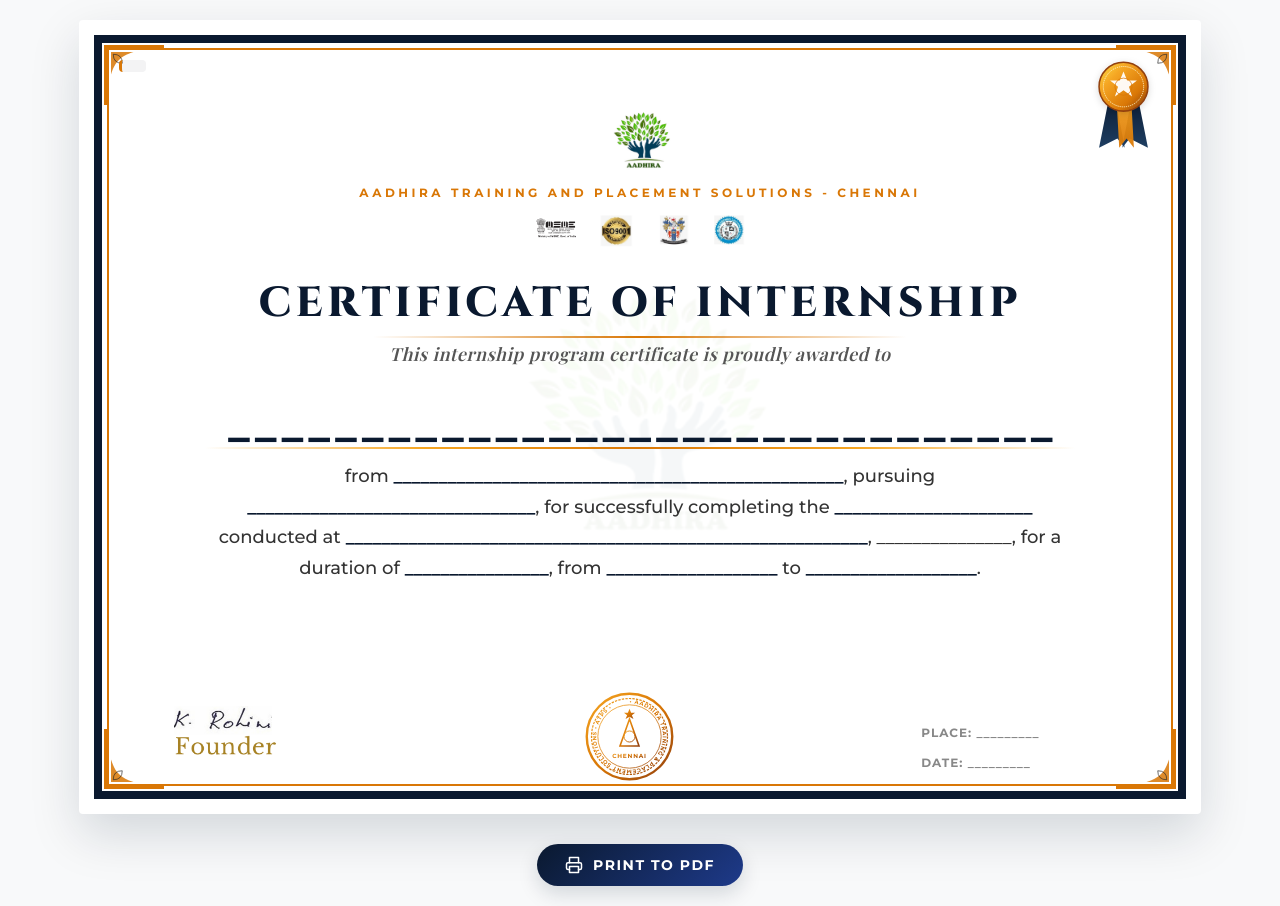
Repository: vimalRaj45/AADHIRA
Page: empt.html
An editor plug-in stored every save of this project. The page is shown before and after the next save, followed by the edit.
The browser window is 1280 px wide. The pictures show the whole page.
Some web fonts or font styles are not loaded; a fallback is used.

Above is the page before, as saved 2026-05-21 14:25:28.

### empt.html
<!DOCTYPE html>
<html lang="en">
<head>
  <meta charset="UTF-8">
  <meta name="viewport" content="width=device-width, initial-scale=1.0">
  <title>Certificate of Internship</title>

  <!-- Google Fonts for high-end look -->
  <link rel="preconnect" href="https://fonts.googleapis.com">
  <link rel="preconnect" href="https://fonts.gstatic.com" crossorigin>
  <link href="https://fonts.googleapis.com/css2?family=Cinzel:wght@600;700;800&family=Great+Vibes&family=Montserrat:wght@400;500;600;700&family=Playfair+Display:ital,wght@0,600;0,700;1,500;1,600&family=Alex+Brush&family=Mrs+Saint+Delafield&display=swap" rel="stylesheet">

  <!-- qrcode.js CDN -->
  <script src="https://cdnjs.cloudflare.com/ajax/libs/qrcodejs/1.0.0/qrcode.min.js"></script>

  <style>
    /* Styling for Screen Preview */
    :root {
      --navy: #0A192F;
      --gold: #D97706;
      --gold-light: #F5A623;
      --accent: #E07A5F;
      --bg: #F8F9FA;
      --paper: #FFFFFF;
    }

    * {
      box-sizing: border-box;
      margin: 0;
      padding: 0;
    }

    body {
      background-color: var(--bg);
      font-family: 'Montserrat', sans-serif;
      display: flex;
      flex-direction: column;
      align-items: center;
      justify-content: center;
      min-height: 100vh;
      padding: 20px;
    }

    /* Fixed Landscape A4 Dimensions for Preview */
    .cert-container {
      width: 297mm;
      height: 210mm;
      background: var(--paper);
      position: relative;
      overflow: hidden;
      box-shadow: 0 20px 50px rgba(10, 25, 47, 0.15);
      border-radius: 4px;
      display: flex;
      flex-direction: column;
      justify-content: space-between;
      padding: 40px;
    }

    /* Outer Borders */
    .border-outer {
      position: absolute;
      top: 15px;
      left: 15px;
      right: 15px;
      bottom: 15px;
      border: 8px solid var(--navy);
      pointer-events: none;
    }

    .border-inner {
      position: absolute;
      top: 28px;
      left: 28px;
      right: 28px;
      bottom: 28px;
      border: 2px solid var(--gold);
      pointer-events: none;
    }

    /* Border Corner Decorations */
    .corner-dec {
      position: absolute;
      width: 60px;
      height: 60px;
      border: 3px solid var(--gold);
      pointer-events: none;
    }

    .corner-tl {
      top: 25px;
      left: 25px;
      border-right: none;
      border-bottom: none;
    }

    .corner-tr {
      top: 25px;
      right: 25px;
      border-left: none;
      border-bottom: none;
    }

    .corner-bl {
      bottom: 25px;
      left: 25px;
      border-right: none;
      border-top: none;
    }

    .corner-br {
      bottom: 25px;
      right: 25px;
      border-left: none;
      border-top: none;
    }

    /* Decorative Corner SVG Accents */
    .corner-svg {
      position: absolute;
      width: 45px;
      height: 45px;
      fill: var(--gold);
      opacity: 0.85;
    }
    .svg-tl { top: 32px; left: 32px; }
    .svg-tr { top: 32px; right: 32px; transform: rotate(90deg); }
    .svg-bl { bottom: 32px; left: 32px; transform: rotate(-90deg); }
    .svg-br { bottom: 32px; right: 32px; transform: rotate(180deg); }

    /* Watermark background using your real corporate Aadhira Tree logo */
    .watermark {
      position: absolute;
      top: 50%;
      left: 50%;
      transform: translate(-50%, -50%);
      width: 340px;
      height: 340px;
      pointer-events: none;
      z-index: 1;
      opacity: 0.04;
      background-image: url('logos.png');
      background-size: 400% 100%;
      background-position: 0% 0%;
      background-repeat: no-repeat;
    }

    /* Header Layout */
    .header {
      display: flex;
      justify-content: center; /* PERFECT CENTER */
      align-items: center;
      z-index: 2;
      position: relative;
      width: 100%;
      height: 110px;
    }

    .cert-id {
      position: absolute;
      left: 0;
      top: 0;
      font-size: 14px;
      color: var(--navy);
      font-weight: 700;
      letter-spacing: 1.5px;
      background: rgba(10, 25, 47, 0.05);
      padding: 6px 12px;
      border-radius: 4px;
      border-left: 3px solid var(--gold);
    }

    .header-branding {
      display: flex;
      flex-direction: column;
      align-items: center;
      text-align: center;
    }

    /* Brand Logo & Accreditations Sprites */
    .logo-sprite {
      background-image: url('logos.png');
      background-size: 400% 100%;
      background-repeat: no-repeat;
      display: inline-block;
      mix-blend-mode: multiply;
    }

    .logo-aadhira {
      background-position: 0% 0%;
      width: 80px;
      height: 80px;
      margin-top: 120px;
      margin-bottom: 2px;
    }

    .company-subtitle {
      font-size: 12px;
      color: var(--gold);
      font-weight: 700;
      text-transform: uppercase;
      letter-spacing: 3.5px;
      margin-top: 2px;
      margin-bottom: 6px;
    }

    /* Center-Aligned Accreditation Badges */
    .accreditations {
      display: flex;
      gap: 12px;
      justify-content: center;
      align-items: center;
    }

    .logo-iso {
      background-position: 33.33% 0%;
      width: 44px;
      height: 44px;
    }

    .logo-arms {
      background-position: 66.66% 0%;
      width: 44px;
      height: 44px;
    }

    .logo-uk {
      background-position: 100% 0%;
      width: 44px;
      height: 44px;
    }

    .logo-msme {
      height: 44px;
      mix-blend-mode: multiply;
      object-fit: contain;
    }

    .medal-container {
      position: absolute;
      right: 0;
      top: -10px;
      width: 80px;
      height: 100px;
      display: flex;
      justify-content: flex-end;
    }

    /* Body/Content Layout */
    .content {
      text-align: center;
      z-index: 2;
      position: relative;
      margin-top: 5px;
      margin-bottom: 5px;
    }

    .title {
      font-family: 'Cinzel', serif;
      font-size: 42px;
      font-weight: 800;
      color: var(--navy);
      letter-spacing: 4px;
      margin-bottom: 10px;
      position: relative;
      display: inline-block;
    }

    .title::after {
      content: '';
      position: absolute;
      bottom: -6px;
      left: 15%;
      width: 70%;
      height: 2px;
      background: linear-gradient(90deg, transparent, var(--gold), transparent);
    }

    .subtitle {
      font-family: 'Playfair Display', serif;
      font-size: 18px;
      font-style: italic;
      color: #555;
      margin-bottom: 20px;
      letter-spacing: 0.5px;
    }

    .recipient-name {
      font-family: 'Playfair Display', serif;
      font-size: 44px;
      font-weight: 700;
      color: var(--navy);
      margin-bottom: 16px;
      display: inline-block;
      position: relative;
      padding: 0 20px;
    }

    .recipient-name::after {
      content: '';
      position: absolute;
      bottom: -4px;
      left: 0;
      width: 100%;
      height: 2.2px;
      background: linear-gradient(90deg, transparent, var(--gold-light), var(--gold), var(--gold-light), transparent);
    }

    .achievement-text {
      font-family: 'Montserrat', sans-serif;
      font-size: 18px;
      color: #333;
      line-height: 1.7;
      max-width: 860px;
      margin: 0 auto;
      font-weight: 500;
    }

    .highlight {
      font-weight: 700;
      color: var(--navy);
    }

    /* Bottom Section Layout */
    .footer {
      display: flex;
      justify-content: space-between;
      align-items: flex-end;
      z-index: 2;
      position: relative;
    }

    .signatory-block {
      width: 220px;
      text-align: center;
    }

    .signature-container {
      height: 60px;
      display: flex;
      align-items: flex-end;
      justify-content: center;
      margin-bottom: 8px;
    }

    /* Handwritten signature image displaying K. Rohini nicely overlayed */
    .signature-img {
      max-width: 150px;
      max-height: 60px;
      object-fit: contain;
      mix-blend-mode: multiply; /* Blends background color out */
    }

    .sign-line {
      border-top: 1.5px solid rgba(10, 25, 47, 0.3);
      padding-top: 6px;
    }

    .sign-name {
      font-size: 14px;
      font-weight: 700;
      color: var(--navy);
      text-transform: uppercase;
      letter-spacing: 1px;
    }

    .sign-designation {
      font-size: 12px;
      color: #666;
      margin-top: 2px;
      font-weight: 500;
    }

    .seal-block {
      width: 140px;
      display: flex;
      flex-direction: column;
      align-items: center;
      justify-content: center;
      margin-bottom: -10px;
    }

    .verification-block {
      display: flex;
      align-items: flex-end;
      gap: 15px;
      width: 240px;
    }

    .verification-details {
      text-align: left;
    }

    .verif-label {
      font-size: 10px;
      font-weight: 700;
      color: var(--navy);
      text-transform: uppercase;
      letter-spacing: 1px;
      margin-bottom: 4px;
    }

    .verif-link {
      font-size: 10px;
      color: #666;
      text-decoration: none;
      word-break: break-all;
      font-family: monospace;
      font-weight: 500;
      line-height: 1.3;
      display: block;
      max-width: 150px;
    }

    .verif-link:hover {
      color: var(--gold);
    }

    .qrcode-container {
      background: white;
      padding: 6px;
      border: 1px solid rgba(10, 25, 47, 0.12);
      border-radius: 4px;
      box-shadow: 0 4px 10px rgba(0,0,0,0.05);
      display: flex;
      align-items: center;
      justify-content: center;
    }

    /* Print & Floating Controls */
    .controls {
      margin-top: 30px;
      display: flex;
      gap: 15px;
      z-index: 10;
    }

    .btn {
      padding: 12px 28px;
      font-family: 'Montserrat', sans-serif;
      font-size: 14px;
      font-weight: 700;
      text-transform: uppercase;
      letter-spacing: 1.5px;
      border: none;
      border-radius: 50px;
      cursor: pointer;
      box-shadow: 0 8px 20px rgba(10, 25, 47, 0.15);
      transition: all 0.3s ease;
      display: flex;
      align-items: center;
      gap: 10px;
      text-decoration: none;
    }

    .btn-print {
      background: linear-gradient(135deg, var(--navy), #1E3A8A);
      color: white;
    }

    .btn-print:hover {
      transform: translateY(-2px);
      box-shadow: 0 12px 25px rgba(10, 25, 47, 0.25);
    }

    /* Print styling rules */
    @media print {
      body {
        background: none;
        padding: 0;
        margin: 0;
        width: 297mm;
        height: 210mm;
      }

      .cert-container {
        width: 297mm;
        height: 210mm;
        box-shadow: none;
        border-radius: 0;
        position: absolute;
        top: 0;
        left: 0;
        margin: 0;
        padding: 40px;
        page-break-after: always;
        -webkit-print-color-adjust: exact;
        print-color-adjust: exact;
      }

      .no-print {
        display: none !important;
      }
    }

    @page {
      size: A4 landscape;
      margin: 0;
    }
  </style>
</head>
<body>

  <!-- Certificate Container -->
  <div class="cert-container">

    <!-- Borders -->
    <div class="border-outer"></div>
    <div class="border-inner"></div>

    <!-- Corner Decorative Lines -->
    <div class="corner-dec corner-tl"></div>
    <div class="corner-dec corner-tr"></div>
    <div class="corner-dec corner-bl"></div>
    <div class="corner-dec corner-br"></div>

    <!-- Corner Decorative SVGs -->
    <svg class="corner-svg svg-tl" viewBox="0 0 100 100">
      <path d="M 0,0 L 50,0 C 20,10 10,20 0,50 Z" />
      <circle cx="15" cy="15" r="4" />
      <path d="M 5,5 Q 25,5 25,25 Q 5,25 5,5" fill="none" stroke="currentColor" stroke-width="1.5"/>
    </svg>
    <svg class="corner-svg svg-tr" viewBox="0 0 100 100">
      <path d="M 0,0 L 50,0 C 20,10 10,20 0,50 Z" />
      <circle cx="15" cy="15" r="4" />
      <path d="M 5,5 Q 25,5 25,25 Q 5,25 5,5" fill="none" stroke="currentColor" stroke-width="1.5"/>
    </svg>
    <svg class="corner-svg svg-bl" viewBox="0 0 100 100">
      <path d="M 0,0 L 50,0 C 20,10 10,20 0,50 Z" />
      <circle cx="15" cy="15" r="4" />
      <path d="M 5,5 Q 25,5 25,25 Q 5,25 5,5" fill="none" stroke="currentColor" stroke-width="1.5"/>
    </svg>
    <svg class="corner-svg svg-br" viewBox="0 0 100 100">
      <path d="M 0,0 L 50,0 C 20,10 10,20 0,50 Z" />
      <circle cx="15" cy="15" r="4" />
      <path d="M 5,5 Q 25,5 25,25 Q 5,25 5,5" fill="none" stroke="currentColor" stroke-width="1.5"/>
    </svg>

    <!-- Watermark Background using corporate Aadhira Tree logo -->
    <div class="watermark"></div>

    <!-- Top Header -->
    <div class="header">
      <div class="cert-id"></div>

      <div class="header-branding">
        <!-- Render your corporate Aadhira Tree logo via sprite -->
        <div class="logo-sprite logo-aadhira"></div>
        <div class="company-subtitle">AADHIRA TRAINING AND PLACEMENT SOLUTIONS - CHENNAI</div>

        <!-- Accreditation badges horizontally aligned -->
        <div class="accreditations">
          <img src="ministry-of-micro-small-and-medium-enterprises-logo-png.png" class="logo-msme" title="MSME Certified" alt="MSME Logo">
          <div class="logo-sprite logo-iso" title="ISO 9001:2015 Certified"></div>
          <div class="logo-sprite logo-arms" title="International Standards Certified"></div>
          <div class="logo-sprite logo-uk" title="Euro UK Accreditation Licensed"></div>
        </div>
      </div>

      <!-- Gold Medal Ribbon -->
      <div class="medal-container">
        <svg viewBox="0 0 120 180" width="75" height="110">
          <defs>
            <linearGradient id="goldGrad" x1="0%" y1="0%" x2="100%" y2="100%">
              <stop offset="0%" stop-color="#FDE047"/>
              <stop offset="30%" stop-color="#F5A623"/>
              <stop offset="70%" stop-color="#D97706"/>
              <stop offset="100%" stop-color="#78350F"/>
            </linearGradient>
            <linearGradient id="ribbonGrad1" x1="0%" y1="0%" x2="0%" y2="100%">
              <stop offset="0%" stop-color="#0A192F"/>
              <stop offset="100%" stop-color="#1E3E62"/>
            </linearGradient>
            <linearGradient id="ribbonGrad2" x1="0%" y1="0%" x2="0%" y2="100%">
              <stop offset="0%" stop-color="#F5A623"/>
              <stop offset="100%" stop-color="#D97706"/>
            </linearGradient>
          </defs>
          <!-- Ribbons -->
          <path d="M38 70 L20 160 L50 145 L62 160 L45 70" fill="url(#ribbonGrad1)"/>
          <path d="M82 70 L100 160 L70 145 L58 160 L75 70" fill="url(#ribbonGrad1)"/>
          <path d="M48 70 L53 160 L65 145 L77 160 L72 70" fill="url(#ribbonGrad2)" opacity="0.95"/>
          <!-- Medal Outer -->
          <circle cx="60" cy="60" r="40" fill="url(#goldGrad)" stroke="#92400E" stroke-width="2.5" filter="drop-shadow(0 3px 6px rgba(0,0,0,0.15))"/>
          <!-- Medal Ridges -->
          <circle cx="60" cy="60" r="33" fill="none" stroke="#FEF3C7" stroke-width="1.5" stroke-dasharray="2 1.5"/>
          <!-- Medal Emblem -->
          <polygon points="60,35 66,50 82,50 69,60 74,76 60,66 46,76 51,60 38,50 54,50" fill="#FFF" opacity="0.95"/>
          <circle cx="60" cy="60" r="14" fill="none" stroke="#D97706" stroke-width="1.2"/>
        </svg>
      </div>
    </div>

    <!-- Main Content Area -->
    <div class="content">
      <h1 class="title">CERTIFICATE OF INTERNSHIP</h1>
      <p class="subtitle">This internship program certificate is proudly awarded to</p>

      <div class="recipient-name">_______________________________</div>

      <p class="achievement-text">
        from <span class="highlight">__________________________________________________</span>, pursuing <span class="highlight">________________________________</span>,
        for successfully completing the <span class="highlight">______________________</span>
        conducted at <span class="highlight">__________________________________________________________</span>,
        _______________, for a duration of <span class="highlight">________________</span>,
        from <span class="highlight">___________________</span> to <span class="highlight">___________________</span>.
      </p>
    </div>

    <!-- Bottom Footer Section -->
    <div class="footer">

      <!-- Signature Block -->
      <div class="signatory-block">
        <div class="signature-container">
          <!-- Render your brand's handwritten signature image -->
          <img src="signature.png" class="signature-img" alt="Signature of K. Rohini">
        </div>
      </div>

      <!-- Company Seal -->
      <div class="seal-block">
        <svg viewBox="0 0 120 120" width="95" height="95">
          <defs>
            <linearGradient id="sealGrad" x1="0%" y1="0%" x2="100%" y2="100%">
              <stop offset="0%" stop-color="#F5A623"/>
              <stop offset="50%" stop-color="#D97706"/>
              <stop offset="100%" stop-color="#92400E"/>
            </linearGradient>
          </defs>
          <circle cx="60" cy="60" r="54" fill="none" stroke="url(#sealGrad)" stroke-width="3"/>
          <circle cx="60" cy="60" r="48" fill="none" stroke="url(#sealGrad)" stroke-width="1.5" stroke-dasharray="3 1.5"/>
          <circle cx="60" cy="60" r="40" fill="none" stroke="url(#sealGrad)" stroke-width="1"/>

          <!-- Curved text using SVG path -->
          <path id="sealTextPath-1" d="M60 18 A42 42 0 0 1 102 60 A42 42 0 0 1 60 102 A42 42 0 0 1 18 60 A42 42 0 0 1 60 18 Z" fill="none"/>
          <text fill="url(#sealGrad)" font-family="'Montserrat', sans-serif" font-size="6.8" font-weight="700" letter-spacing="0.8">
            <textPath href="#sealTextPath-1" startOffset="0%">• AADHIRA TRAINING & PLACEMENT SOLUTIONS • ATPS •</textPath>
          </text>

          <!-- Star and Seal Center Logo -->
          <path d="M60 38 L72 72 L48 72 Z" fill="none" stroke="url(#sealGrad)" stroke-width="2"/>
          <circle cx="60" cy="60" r="7" fill="none" stroke="url(#sealGrad)" stroke-width="1.2"/>
          <path d="M60 25 L62 30 L67 30 L63 33 L65 38 L60 35 L55 38 L57 33 L53 30 L58 30 Z" fill="url(#sealGrad)"/>
          <text x="60" y="87" text-anchor="middle" fill="url(#sealGrad)" font-family="'Montserrat', sans-serif" font-size="7.5" font-weight="800" letter-spacing="1">CHENNAI</text>
        </svg>
      </div>

      <!-- Verification QR & Details -->
      <div class="verification-block">
        <div class="verification-details">
             <div class="verif-label" style="margin-top: 12px; font-size: 12px; color: #888; margin-bottom: 15px;">Place: _________</div>
             <div class="verif-label" style="font-size: 12px; color: #888;">Date: _________</div>
        </div>
      </div>

    </div>

  </div>

  <!-- Print Button (Hidden on Print) -->
  <div class="controls no-print">
    <button class="btn btn-print" onclick="window.print()">
      <svg width="18" height="18" viewBox="0 0 24 24" fill="none" stroke="currentColor" stroke-width="2" stroke-linecap="round" stroke-linejoin="round">
        <polyline points="6 9 6 2 18 2 18 9"></polyline>
        <path d="M6 18H4a2 2 0 0 1-2-2v-5a2 2 0 0 1 2-2h16a2 2 0 0 1 2 2v5a2 2 0 0 1-2 2h-2"></path>
        <rect x="6" y="14" width="12" height="8"></rect>
      </svg>
      Print to PDF
    </button>
  </div>

  <!-- Dynamic QR Code Script -->
  <script>
    document.addEventListener("DOMContentLoaded", function() {
      const qrcodeEl = document.getElementById("qrcode-1");
      if (qrcodeEl) {
        new QRCode(qrcodeEl, {
          text: "https://aadhira.onrender.com/verify?cert=ATPS/2026/000001",
          width: 60,
          height: 60,
          colorDark : "#0A192F",
          colorLight : "#FFFFFF",
          correctLevel : QRCode.CorrectLevel.H
        });
      }
    });
  </script>

</body>
</html>

After the next save:
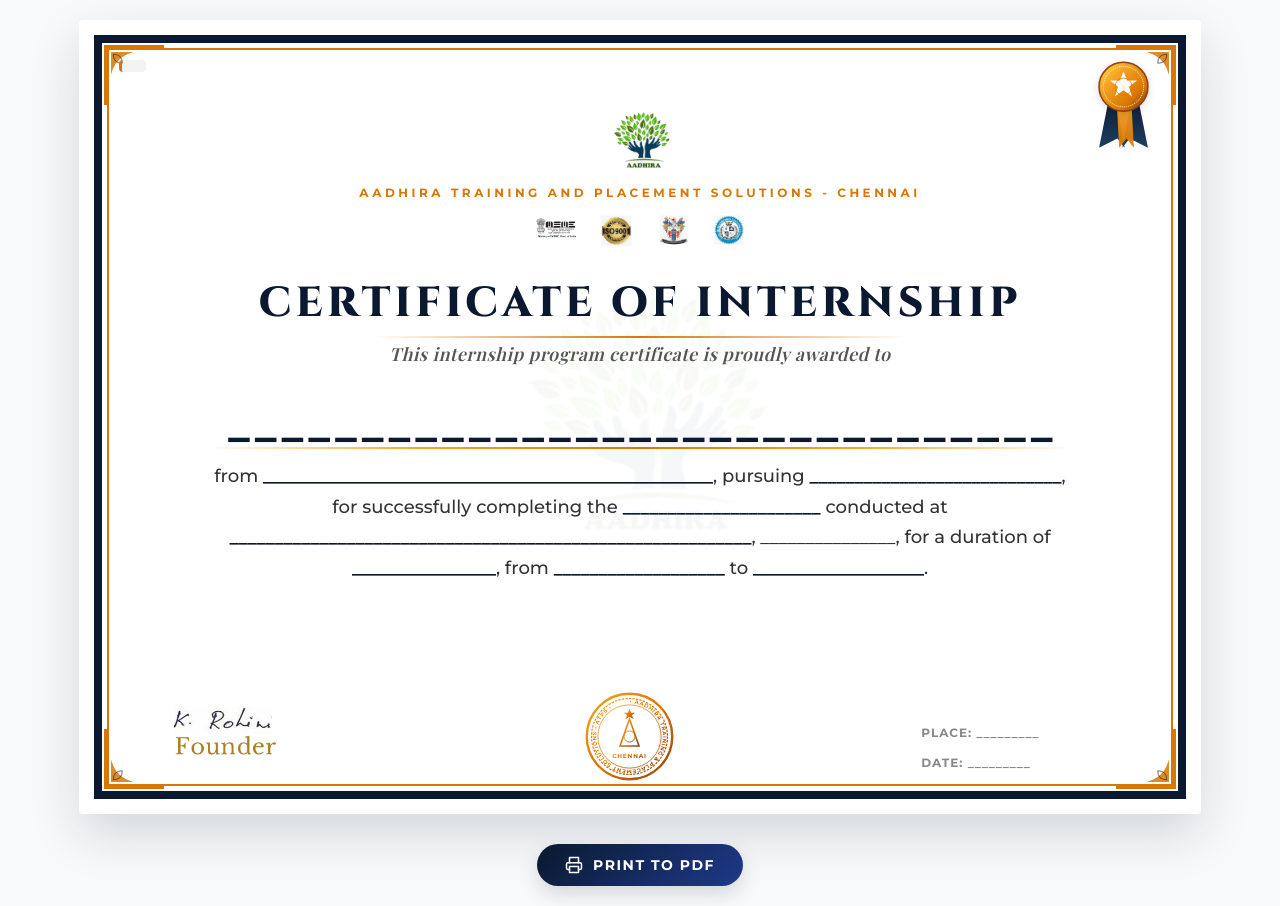
Saved 11 s later.
--- a/empt.html
+++ b/empt.html
@@ -598,7 +598,7 @@
       <div class="recipient-name">_______________________________</div>
 
       <p class="achievement-text">
-        from <span class="highlight">__________________________________________________</span>, pursuing <span class="highlight">________________________________</span>,
+        from <span class="highlight">__________________________________________________</span>, pursuing <span class="highlight">____________________________</span>,
         for successfully completing the <span class="highlight">______________________</span>
         conducted at <span class="highlight">__________________________________________________________</span>,
         _______________, for a duration of <span class="highlight">________________</span>,
